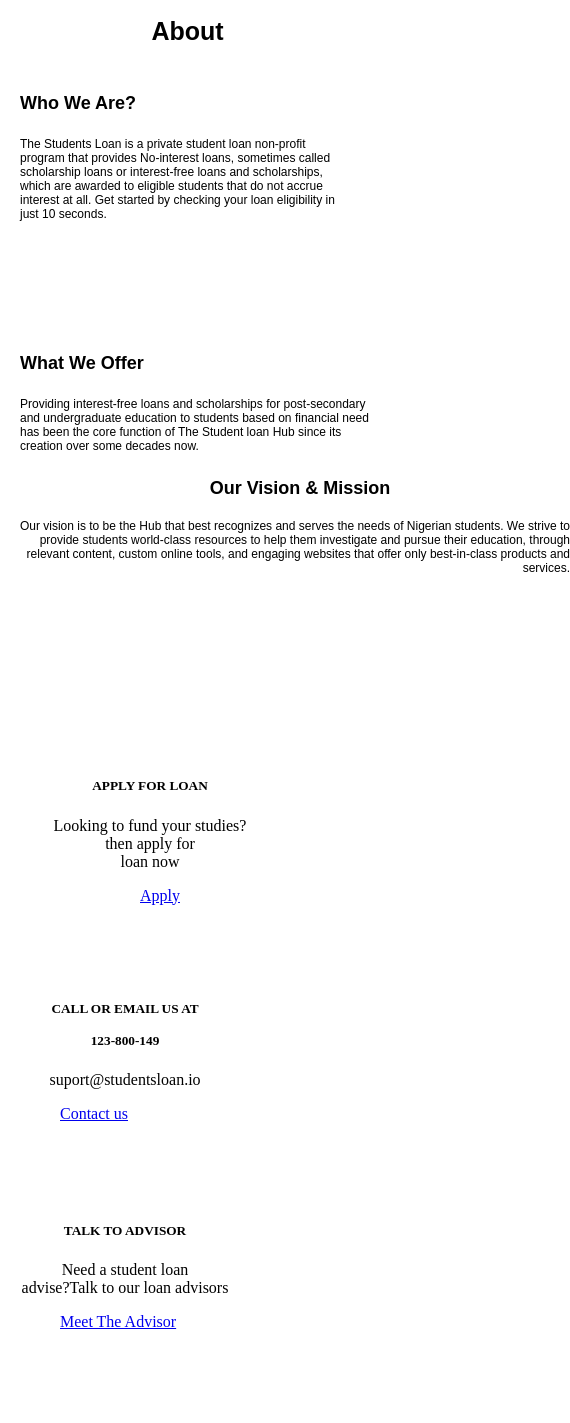
Repository: Tobby004/basic-loanweb
Page: about.html
An editor plug-in stored every save of this project. The page is shown before and after the next save, followed by the edit.
The browser window is 375 px wide. The page is 570 px wide, then 380 px, so the pictures cover 570 px, including what lies to the right of the window. The pictures show the whole page.

Above is the page before, as saved 2023-07-05 09:20:43.

After the next save:
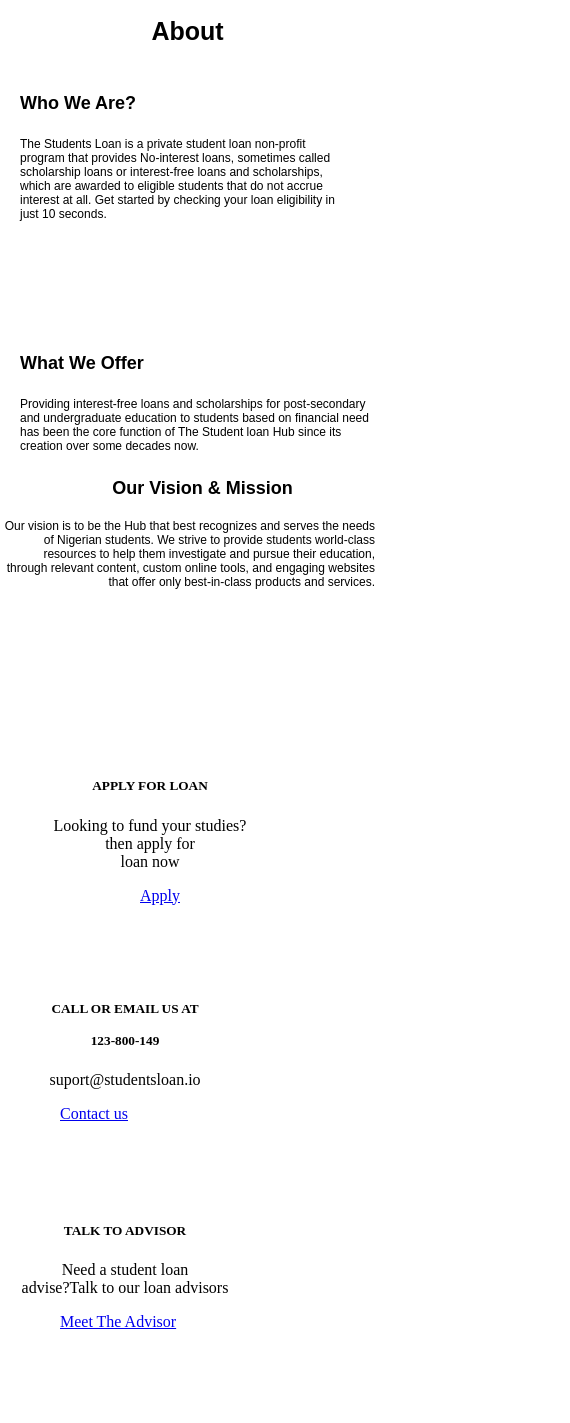
Saved 40 s later.
--- a/about.css
+++ b/about.css
@@ -127,7 +127,7 @@ h1 {
    .box {
         display: block;
         height: 200px;
-        margin-right: ;
+        width: 100%;
         margin-bottom: 100px;
    }
   .box h4 {
